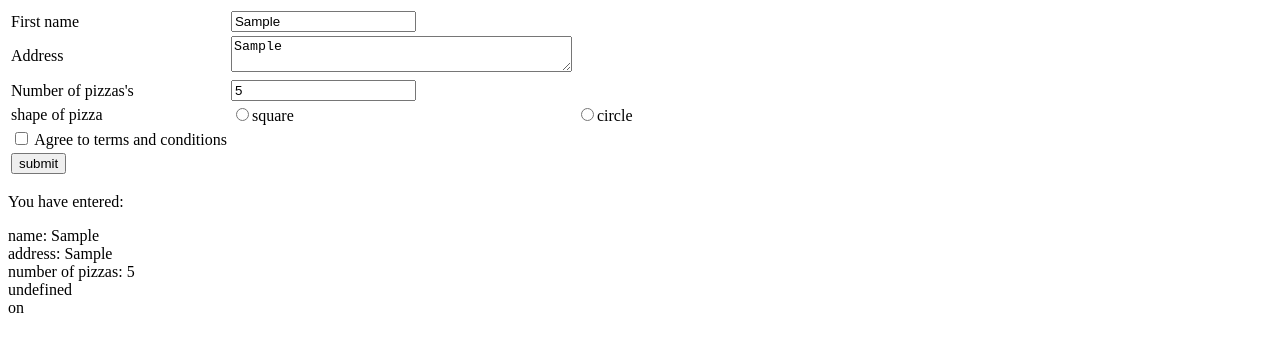
Repository: PoojaShirwaikar/BlockhainTest
Page: javascript/jQueryAssignment2/WebContent/ques12.html
The author's editor kept a copy of each file at every save. The page is drawn from the files as they stood at one save, then again after a run of saves.
The browser window is 1280 px wide. The pictures show the whole page.
Empty fields were first filled with sample values (such as "Sample", 5 or name@example.com).
After loading, the first visible `#submit1` was clicked once.
Some web libraries are served in a nearby version.

Above is the page before, as saved 2017-11-14 13:15:41.

### javascript/jQueryAssignment2/WebContent/ques12.html
<!DOCTYPE html>
<html>
<head>
<meta charset="ISO-8859-1">
<title>Insert title here</title>
<script src="https://code.jquery.com/jquery-3.2.1.js"></script>
<script>
	$(function() {
		$("#submit1").click(
				function(event) {
					event.preventDefault();
					var text = "name: " + $("#FirstName").val() + "<br>"
							+ "address: " + $("#address").val() + "<br>"
							+ "number of pizzas: " + $("#numberofpizza").val()
							+ "<br>" + $("input[name='shape']:checked").val()
							+ "<br>" + $("#checkbox1").val();

					$("#div1").html(
							"<p>You have entered:</p><p>" + text + "</p>");

					//alert(text);

				});

	});
</script>
</head>
<body>
	<form action="\" method="post">

		<table>
			<tbody>
				<tr>
					<td>First name</td>
					<td><input id="FirstName" type="text" />
				</tr>
				<tr>
					<td>Address</td>
					<td><textarea id="address" cols="40" name="address"></textarea></td>
				</tr>
				<tr>
					<td>Number of pizzas's</td>
					<td><input id="numberofpizza" type="number" min=0 />
				</tr>
				<tr>
					<td>shape of pizza</td>
					<td><input id="square" type="radio" name="shape"
						value="square" />square</td>
					<td><input id="circle" type="radio" name="shape"
						value="circle" />circle</td>

				</tr>
				<tr>
					<td><input id="checkbox1" type="checkbox" /> <label
						for="checkbox1">Agree to terms and conditions</lable></td>
				</tr>
				<tr>
					<td><input id="submit1" type="submit" value="submit" /></td>
				</tr>

			</tbody>
		</table>
	</form>

	<div id="div1"></div>
</body>
</html>

After the next 2 saves:
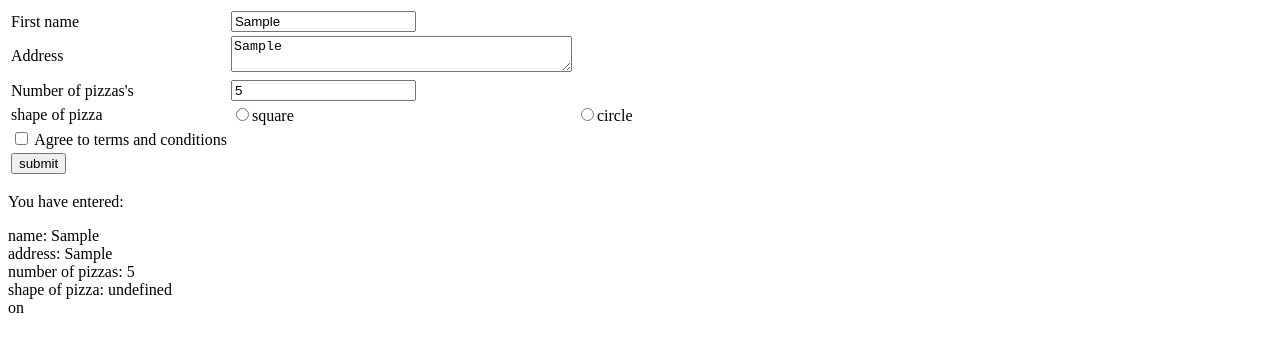
The 2 saves are shown as one change because they came seconds apart.
The last was saved 17 s later.
--- a/javascript/jQueryAssignment2/WebContent/ques12.html
+++ b/javascript/jQueryAssignment2/WebContent/ques12.html
@@ -12,8 +12,9 @@
 					var text = "name: " + $("#FirstName").val() + "<br>"
 							+ "address: " + $("#address").val() + "<br>"
 							+ "number of pizzas: " + $("#numberofpizza").val()
-							+ "<br>" + $("input[name='shape']:checked").val()
-							+ "<br>" + $("#checkbox1").val();
+							+ "<br>" + "shape of pizza: "
+							+ $("input[name='shape']:checked").val() + "<br>"
+							+ $("#checkbox1").val();
 
 					$("#div1").html(
 							"<p>You have entered:</p><p>" + text + "</p>");
